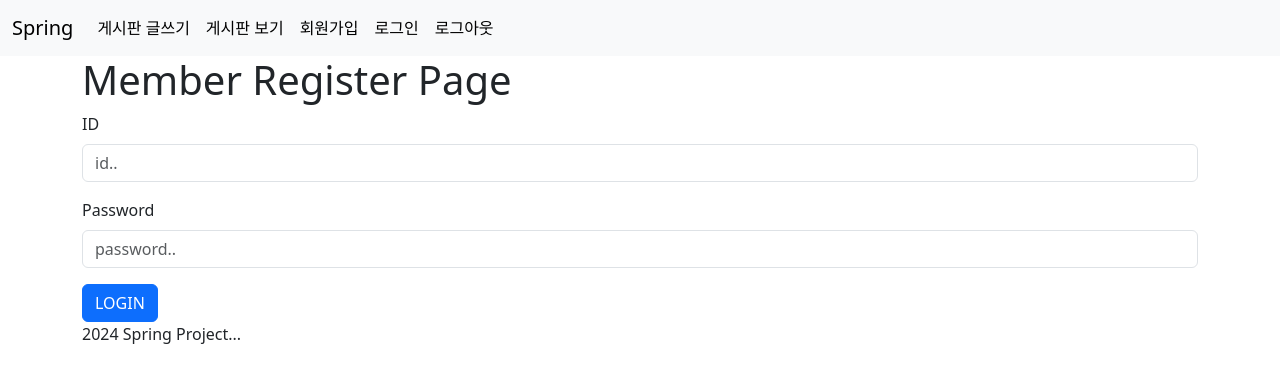
Repository: dlfhrrl12/springtest
Page: http://localhost/spring_study/WEB-INF/views/member/login.jsp
The author's editor kept a copy of each file at every save. The page is drawn from the files as they stood at one save, then again after the next save.
The browser window is 1280 px wide. The pictures show the whole page.
The page is served by Tomcat 9. Nobody is signed in. The template is opened directly, without the code that normally fills it, so the values that code supplies are empty.

Above is the page before, as saved 2024-04-25 07:44:37.

### spring_study/src/main/webapp/WEB-INF/views/member/login.jsp
<%@ page language="java" contentType="text/html; charset=UTF-8"
    pageEncoding="UTF-8"%>
<jsp:include page="../layout/header.jsp"/>
	<div class="container-md">
	<h1>Member Register Page</h1>
	<form action="/member/login" method="post">
			<div class="mb-3">
		  		<label for="i" class="form-label">ID</label>
		  		<input type="text" class="form-control" name="id" id="i" placeholder="id..">
			</div>
			<div class="mb-3">
		  		<label for="p" class="form-label">Password</label>
		  		<input type="password" class="form-control" name="pw" id="p" placeholder="password..">
			</div>
			<button type="submit" class="btn btn-primary">LOGIN</button>
		</form>
	</div>
<jsp:include page="../layout/footer.jsp" />

### spring_study/src/main/webapp/WEB-INF/views/layout/header.jsp
<%@ page language="java" contentType="text/html; charset=UTF-8"
    pageEncoding="UTF-8"%>
<!DOCTYPE html>
<html>
<head>
<meta charset="UTF-8">
<title>header.jsp</title>
<link href="https://cdn.jsdelivr.net/npm/bootstrap@5.3.3/dist/css/bootstrap.min.css" rel="stylesheet" integrity="sha384-QWTKZyjpPEjISv5WaRU9OFeRpok6YctnYmDr5pNlyT2bRjXh0JMhjY6hW+ALEwIH" crossorigin="anonymous">
<script src="https://cdn.jsdelivr.net/npm/bootstrap@5.3.3/dist/js/bootstrap.bundle.min.js" integrity="sha384-YvpcrYf0tY3lHB60NNkmXc5s9fDVZLESaAA55NDzOxhy9GkcIdslK1eN7N6jIeHz" crossorigin="anonymous"></script>
</head>
<body>
<nav class="navbar navbar-expand-lg bg-body-tertiary">
  <div class="container-fluid">
    <a class="navbar-brand" href="#">Spring</a>
    <button class="navbar-toggler" type="button" data-bs-toggle="collapse" data-bs-target="#navbarSupportedContent" aria-controls="navbarSupportedContent" aria-expanded="false" aria-label="Toggle navigation">
      <span class="navbar-toggler-icon"></span>
    </button>
    <div class="collapse navbar-collapse" id="navbarSupportedContent">
      <ul class="navbar-nav me-auto mb-2 mb-lg-0">
        <li class="nav-item">
          <a class="nav-link active"  href="/board/register">게시판 글쓰기</a>
        </li>
        <li class="nav-item">
          <a class="nav-link active"  href="/board/list">게시판 보기</a>
        </li>
        <li class="nav-item">
          <a class="nav-link active"  href="/member/register">회원가입</a>
        </li>
        <li class="nav-item">
          <a class="nav-link active"  href="#">로그인</a>
        </li>
        <li class="nav-item">
          <a class="nav-link active"  href="#">로그아웃</a>
        </li>
        </ul>
    </div>
  </div>
</nav>

### spring_study/src/main/webapp/WEB-INF/views/layout/footer.jsp
<%@ page language="java" contentType="text/html; charset=UTF-8"
    pageEncoding="UTF-8"%>



<div class="container-md">
	2024 Spring Project...
</div>

</body>
</html>

After the next save:
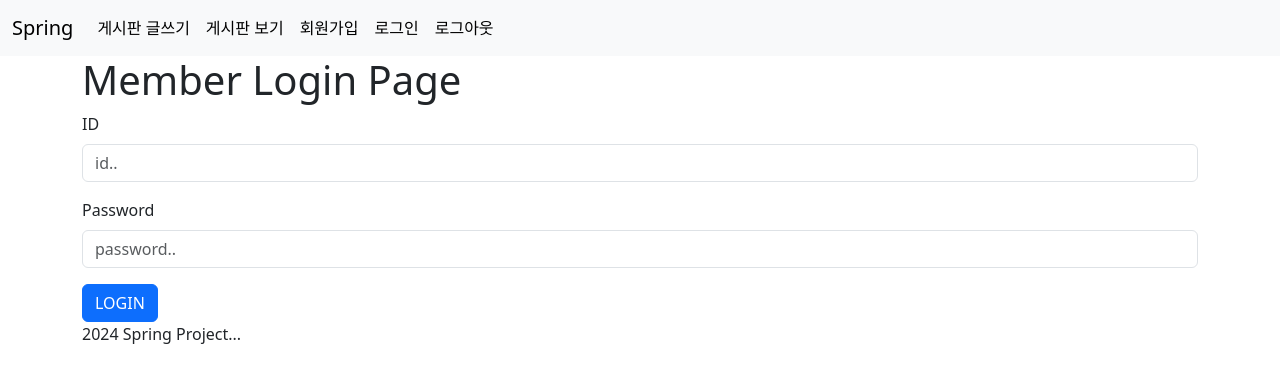
Saved 12 s later.
--- a/spring_study/src/main/webapp/WEB-INF/views/member/login.jsp
+++ b/spring_study/src/main/webapp/WEB-INF/views/member/login.jsp
@@ -2,7 +2,7 @@
     pageEncoding="UTF-8"%>
 <jsp:include page="../layout/header.jsp"/>
 	<div class="container-md">
-	<h1>Member Register Page</h1>
+	<h1>Member Login Page</h1>
 	<form action="/member/login" method="post">
 			<div class="mb-3">
 		  		<label for="i" class="form-label">ID</label>
